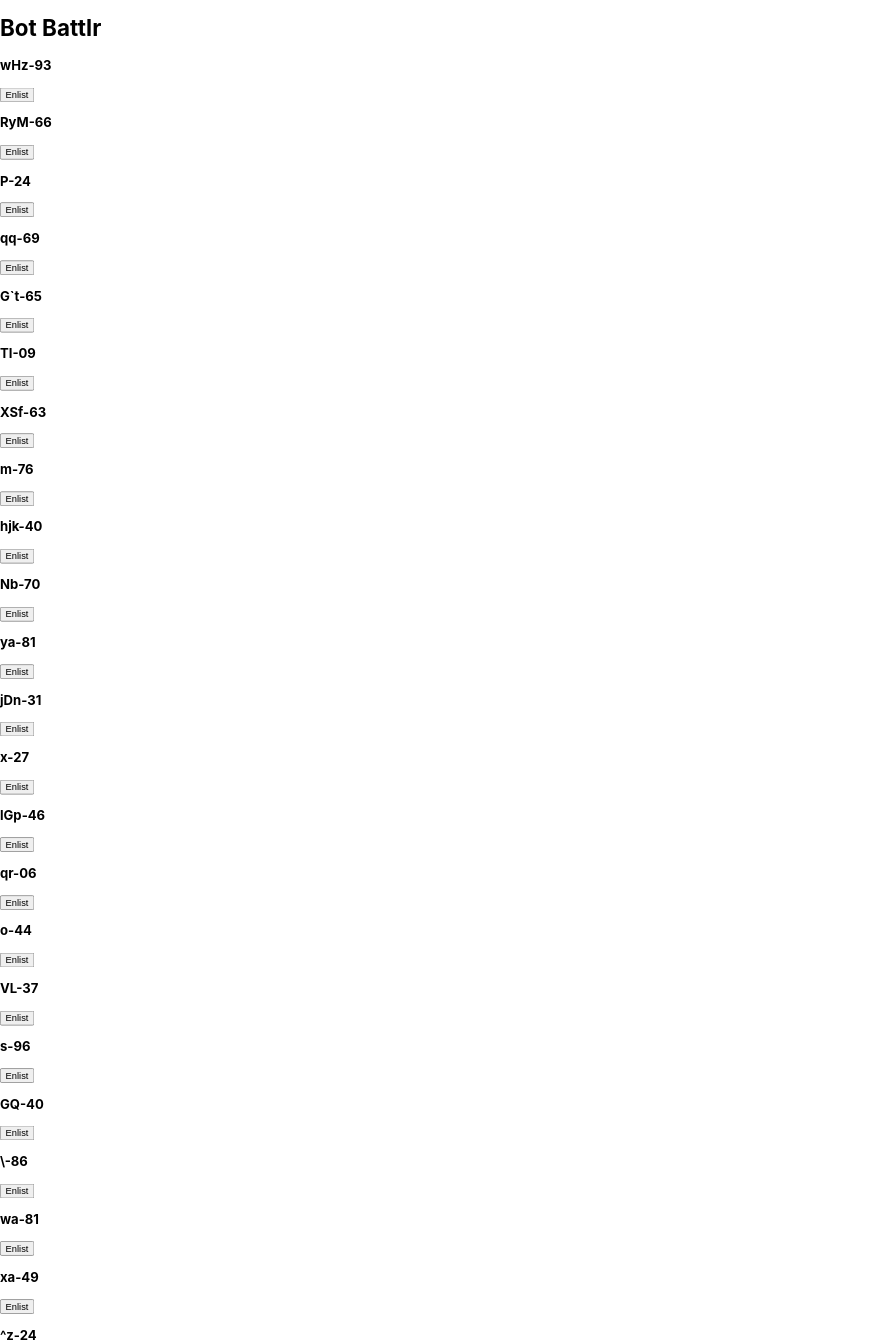
Repository: Kipkoechrono/phase-2-wk-2-bot-battlr-code-challenge
Page: / (app in bot-battlr/)
An editor plug-in stored every save of this project. The page is shown before and after the next save, followed by the edit.
The browser window is 1280 px wide. The pictures show the part of the page from y = 0 to 1920 px (the page is 8307 px tall before and 23543 px after), at 70% of full size.
The project was rebuilt for these pictures with package versions that can differ from the ones it lists, and the page was loaded fresh each time. Requests to the local data server were answered from the project's data file.

Above is the page before, as saved 2024-08-19 17:26:53.

After the next save:
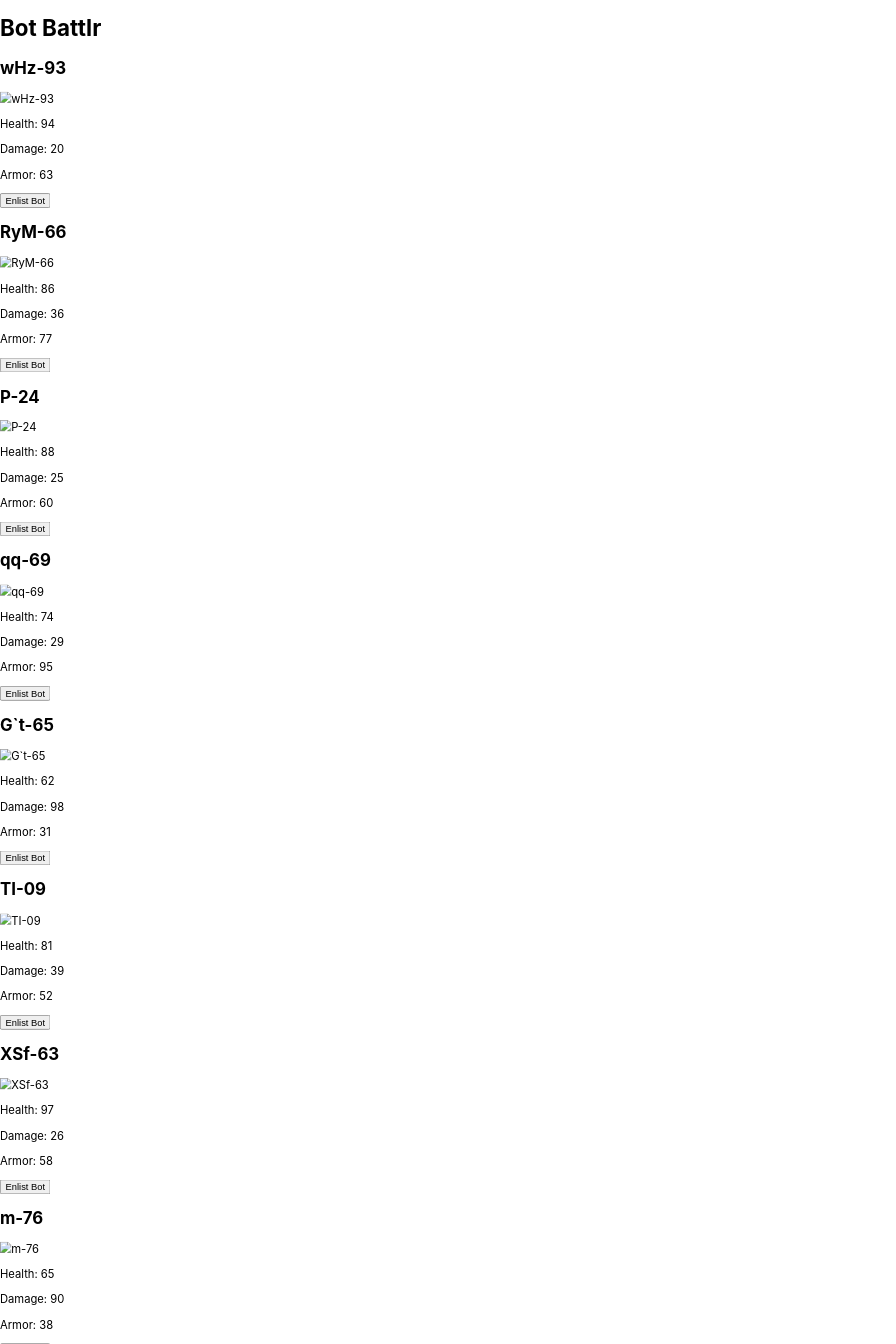
Saved 18 min 17 s later.
--- a/bot-battlr/src/components/BotCollection.js
+++ b/bot-battlr/src/components/BotCollection.js
@@ -1,19 +1,18 @@
-import React, { useEffect, useState } from 'react';
-import BotCard from './BotCard';
+import React from 'react';
 
-function BotCollection({ onEnlist }) {
-  const [bots, setBots] = useState([]);
-
-  useEffect(() => {
-    fetch('http://localhost:3001/bots')
-      .then(response => response.json())
-      .then(data => setBots(data));
-  }, []);
-
+function BotCollection({ bots, onEnlist }) {
   return (
     <div className="bot-collection">
       {bots.map(bot => (
-        <BotCard key={bot.id} bot={bot} onEnlist={onEnlist} />
+        <div key={bot.id} className="bot-card">
+          <h2>{bot.name}</h2>
+          {/* Render the image */}
+          <img src={bot.image} alt={bot.name} style={{ width: '150px', height: '150px' }} />
+          <p>Health: {bot.health}</p>
+          <p>Damage: {bot.damage}</p>
+          <p>Armor: {bot.armor}</p>
+          <button onClick={() => onEnlist(bot.id)}>Enlist Bot</button>
+        </div>
       ))}
     </div>
   );
